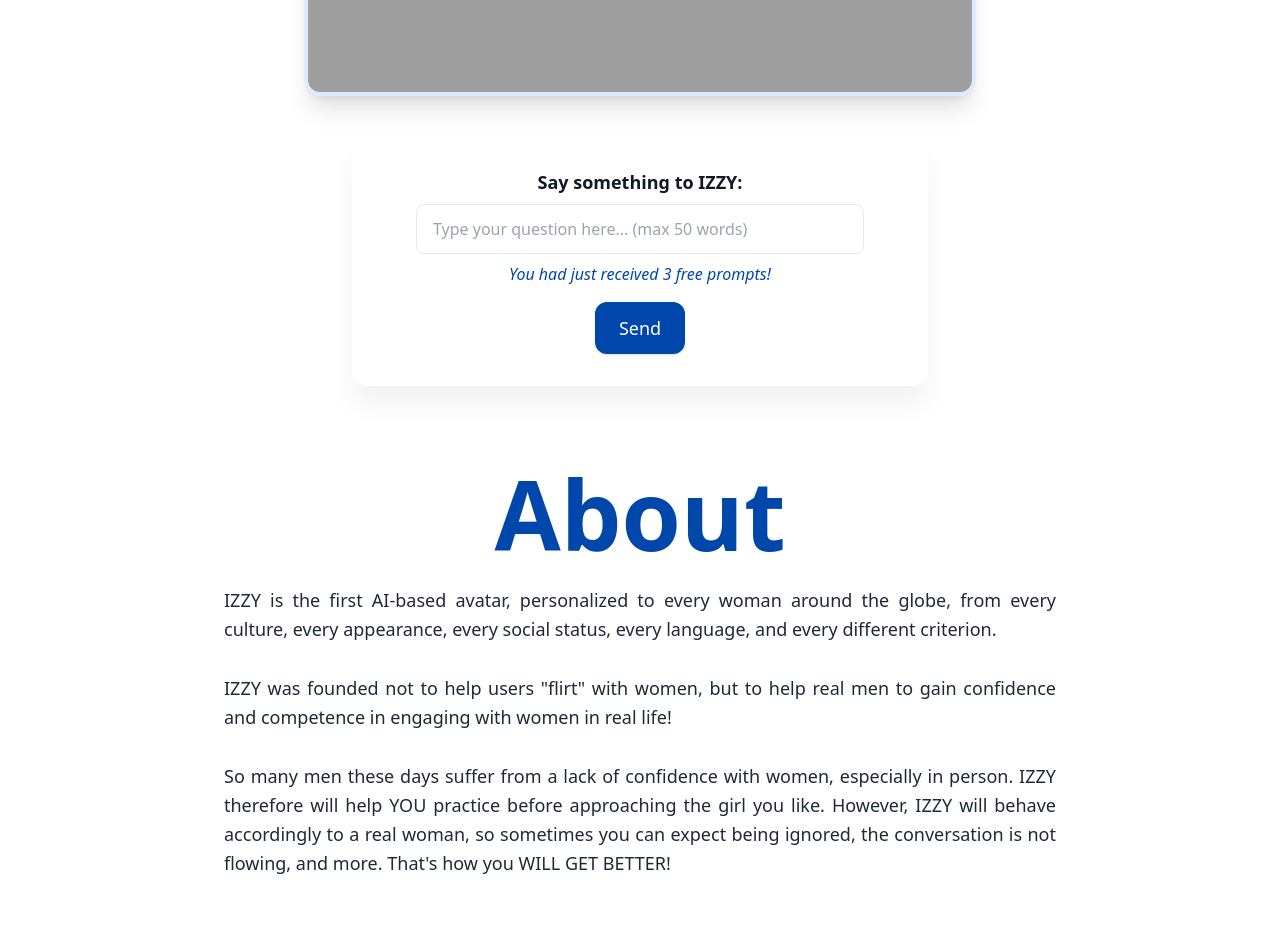
Repository: AvivGranot/IZZY
Page: public/index.html
These files come from the project's save history. The page is drawn as it stood at one moment and after the next save; the edit follows.
The browser window is 1280 px wide. The pictures show the part of the page from y = 748 to 1700 px (the page is 1691 px tall before and 1700 px after).
Empty fields were first filled with sample values (such as "Sample", 5 or name@example.com).
After loading, the first visible `button.btn` was clicked once.
Pictures or frames that could not be fetched are drawn as grey boxes. Some web libraries are served in a nearby version.

Above is the page before, as saved 2025-04-09 17:45:41.

### public/index.html
<!DOCTYPE html>
<html lang="en">
<head>
  <meta charset="UTF-8" />
  <meta name="viewport" content="width=device-width, initial-scale=1.0">
  <title>IZZY – AI Avatar for Real Conversations</title>
  <script src="https://cdn.tailwindcss.com"></script>
  <script>
    window.onload = async () => {
      try {
        await navigator.mediaDevices.getUserMedia({ audio: true });
        console.log("Microphone access granted");
      } catch (err) {
        console.warn("Microphone access denied", err);
      }
    };
  </script>
  <style>
    @keyframes dropIn {
      0% { transform: translateY(-80px); opacity: 0; }
      100% { transform: translateY(0); opacity: 1; }
    }
    .pop { display: inline-block; animation: dropIn 0.6s ease-out forwards; transform: translateY(-80px); opacity: 0; }
    .pop-delay-1 { animation-delay: 0.1s; }
    .pop-delay-2 { animation-delay: 0.2s; }
    .pop-delay-3 { animation-delay: 0.3s; }
    .pop-delay-4 { animation-delay: 0.4s; }
    .pop-delay-5 { animation-delay: 0.5s; }
    .glass {
      background: rgba(255,255,255,0.85);
      backdrop-filter: blur(10px);
      border-radius: 1rem;
      padding: 2rem;
      box-shadow: 0 20px 25px rgba(0,0,0,0.05);
    }
  </style>
</head>
<body class="text-gray-900">

  <!-- Navigation -->
  <nav class="w-full flex justify-center items-center space-x-10 px-6 py-4 bg-white shadow-md fixed top-0 left-0 z-50">
    <a href="#about" class="text-[#0047AB] font-semibold hover:underline">About</a>
    <a href="#practice" class="text-[#0047AB] font-semibold hover:underline">Practice with IZZY</a>
    <a href="subscribe.html" class="text-[#0047AB] font-semibold hover:underline">Subscribe</a>
  </nav>

  <div class="pt-28 flex flex-col items-center justify-center min-h-screen px-6 pb-16 relative overflow-hidden bg-white">

    <!-- Headline -->
    <h1 class="text-7xl md:text-8xl font-extrabold text-[#0047AB] text-center leading-tight mb-6">
      <span class="pop pop-delay-1">We</span>
      <span class="pop pop-delay-2">Don't</span>
      <span class="pop pop-delay-3">Text.</span><br>
      <span class="pop pop-delay-4">We</span>
      <span class="pop pop-delay-5">Talk.</span>
    </h1>

    <p class="text-xl text-black text-center mb-2">
      Start talking, we’re listening. Your voice matters.
    </p>

    <!-- Avatar -->
    <iframe
      id="avatarFrame"
      class="w-full max-w-md md:max-w-2xl h-[360px] md:h-[480px] rounded-2xl shadow-xl mb-10 border-4 border-blue-100"
      allow="microphone; autoplay"
      src="https://studio.d-id.com/share?id=74b55d9015a0b211877183414aae362e&utm_source=copy">
    </iframe>

    <!-- Prompt Interaction -->
    <div id="practice" class="glass max-w-xl w-full mx-auto text-center">
      <label for="userInput" class="block text-lg font-semibold mb-2">Say something to IZZY:</label>
      <input type="text" id="userInput" maxlength="400" placeholder="Type your question here... (max 50 words)" class="mx-auto block w-full max-w-md px-4 py-3 border rounded-lg mb-2">
      <p class="text-md text-[#0047AB] italic mb-4">You had just received 3 free prompts!</p>
      <button onclick="handlePrompt()" class="btn bg-[#0047AB] text-white text-base md:text-lg px-6 py-3 rounded-xl shadow hover:bg-blue-800">
        Send
      </button>
    </div>

    <!-- About Section -->
    <div id="about" class="max-w-4xl mt-20 px-8 text-center text-gray-800">
      <h2 class="text-7xl md:text-8xl font-extrabold text-[#0047AB] text-center leading-tight mb-6">About</h2>
      <p class="text-lg leading-relaxed text-justify">
        IZZY is the first AI-based avatar, personalized to every woman around the globe, from every culture,
        every appearance, every social status, every language, and every different criterion.<br/><br/>
        IZZY was founded not to help users "flirt" with women, but to help real men to gain confidence and
        competence in engaging with women in real life!<br/><br/>
        So many men these days suffer from a lack of confidence with women, especially in person. IZZY therefore
        will help YOU practice before approaching the girl you like. However, IZZY will behave accordingly to
        a real woman, so sometimes you can expect being ignored, the conversation is not flowing, and more.
        That's how you WILL GET BETTER!
      </p>
    </div>

  </div>

  <script>
    let promptCounter = 0;
    const maxFreePrompts = 3;

    function countWords(str) {
      return str.trim().split(/\s+/).length;
    }

    function handlePrompt() {
      const input = document.getElementById("userInput");
      const text = input.value.trim();
      if (!text || countWords(text) > 50) {
        alert("Please limit your prompt to 50 words.");
        return;
      }

      promptCounter++;
      input.value = "";

      if (promptCounter >= maxFreePrompts) {
        window.location.href = "subscribe.html";
        return;
      }

      console.log(`Prompt #${promptCounter}: ${text}`);
    }
  </script>

</body>
</html>

After the next save:
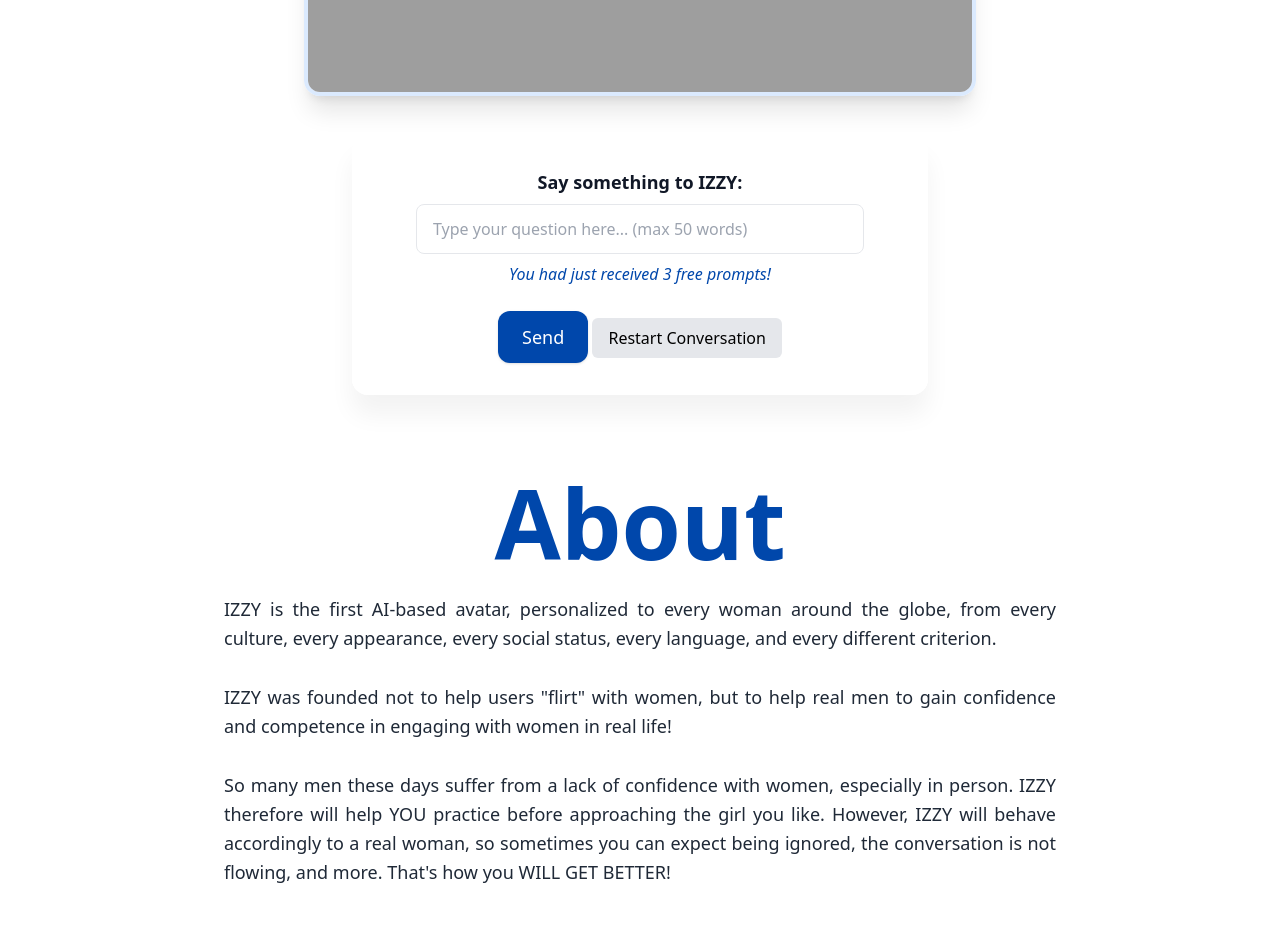
Saved 15 min 3 s later.
--- a/public/index.html
+++ b/public/index.html
@@ -75,6 +75,9 @@
       <button onclick="handlePrompt()" class="btn bg-[#0047AB] text-white text-base md:text-lg px-6 py-3 rounded-xl shadow hover:bg-blue-800">
         Send
       </button>
+      <button onclick="restartConversation()" id="restartBtn" class="mt-4 hidden bg-gray-200 text-black px-4 py-2 rounded-md hover:bg-gray-300">
+        Restart Conversation
+      </button>
     </div>
 
     <!-- About Section -->
@@ -91,7 +94,16 @@
         That's how you WILL GET BETTER!
       </p>
     </div>
+  </div>
 
+  <!-- Modal -->
+  <div id="subscribeModal" class="fixed inset-0 bg-black bg-opacity-50 flex items-center justify-center z-50 hidden">
+    <div class="bg-white rounded-xl shadow-lg p-6 max-w-md w-full text-center">
+      <h2 class="text-2xl font-semibold text-[#0047AB] mb-4">You had finished your free version</h2>
+      <p class="text-gray-700 mb-6">Join IZZY to practice with unlimited prompts!</p>
+      <a href="subscribe.html" class="bg-[#0047AB] text-white px-6 py-2 rounded-lg hover:bg-blue-800 transition">Subscribe Now</a>
+      <button onclick="closeModal()" class="block mt-4 text-sm text-gray-500 hover:underline">Close</button>
+    </div>
   </div>
 
   <script>
@@ -114,11 +126,24 @@
       input.value = "";
 
       if (promptCounter >= maxFreePrompts) {
-        window.location.href = "subscribe.html";
+        document.getElementById("subscribeModal").classList.remove("hidden");
         return;
       }
 
+      document.getElementById("restartBtn").classList.remove("hidden");
       console.log(`Prompt #${promptCounter}: ${text}`);
+    }
+
+    function restartConversation() {
+      const frame = document.getElementById('avatarFrame');
+      frame.src = frame.src;
+      document.getElementById("userInput").value = "";
+      promptCounter = 0;
+      document.getElementById("restartBtn").classList.add("hidden");
+    }
+
+    function closeModal() {
+      document.getElementById("subscribeModal").classList.add("hidden");
     }
   </script>
 
